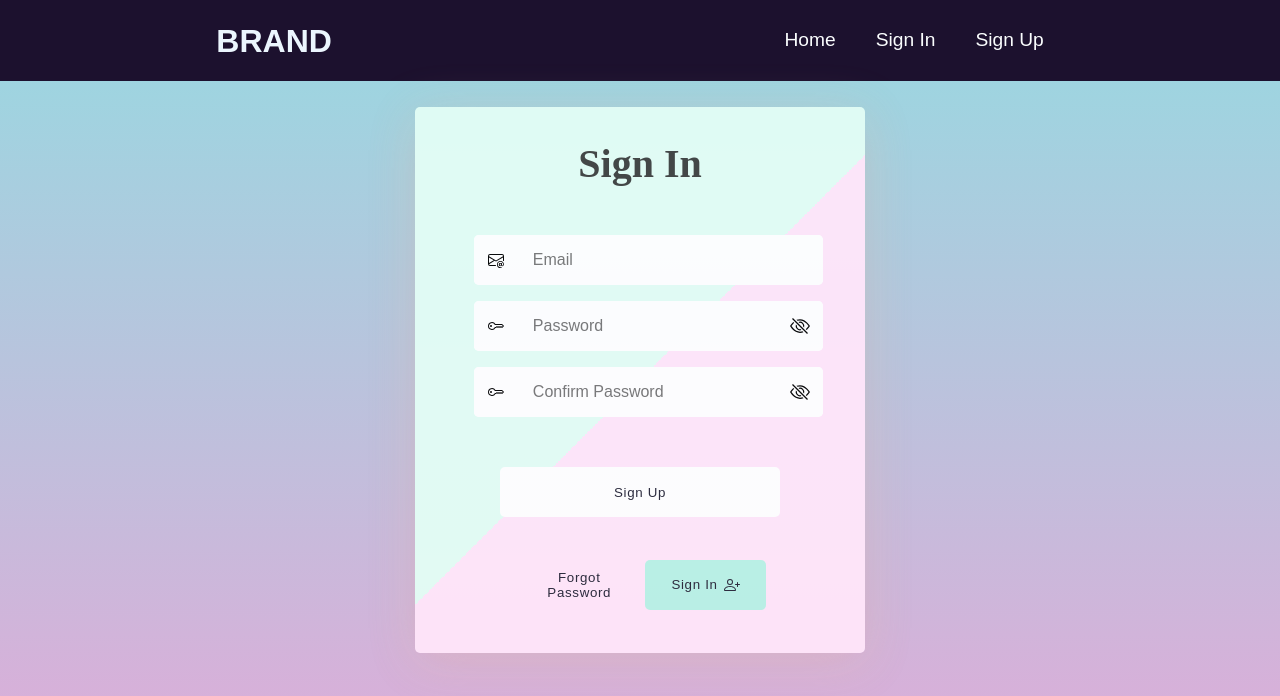
Repository: code-mtaani/ojwang-frontend
Page: /signin
An editor plug-in stored every save of this project. The page is shown before and after the next save, followed by the edit.
The browser window is 1280 px wide. The pictures show the whole page.
The project was rebuilt for these pictures with package versions that can differ from the ones it lists, and the page was loaded fresh each time. Also part of the build but not shown: vite.config.ts, src/Pages/HomePage/Home.pages.tsx, src/Pages/SignUp/SignUp.pages.tsx.

Above is the page before, as saved 2023-02-01 14:06:46.

After the next save:
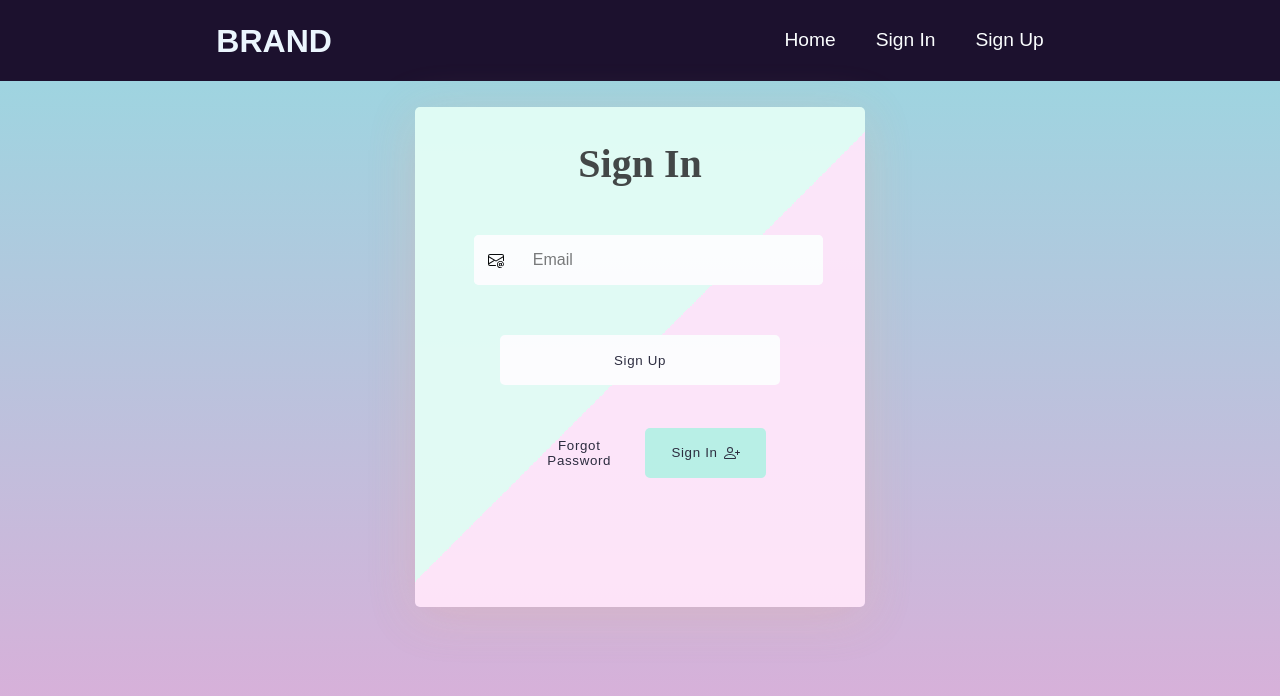
Saved 24 s later.
--- a/src/Pages/SignIn/SignIn.pages.tsx
+++ b/src/Pages/SignIn/SignIn.pages.tsx
@@ -33,70 +33,7 @@
               <input type="email" name="email" placeholder="Email" />
               <div className="show"></div>
             </div>
-            <div className="test">
-              <div className="key">
-                <svg
-                  xmlns="http://www.w3.org/2000/svg"
-                  width="16"
-                  height="16"
-                  fill="currentColor"
-                  className="bi bi-key"
-                  viewBox="0 0 16 16"
-                >
-                  <path d="M0 8a4 4 0 0 1 7.465-2H14a.5.5 0 0 1 .354.146l1.5 1.5a.5.5 0 0 1 0 .708l-1.5 1.5a.5.5 0 0 1-.708 0L13 9.207l-.646.647a.5.5 0 0 1-.708 0L11 9.207l-.646.647a.5.5 0 0 1-.708 0L9 9.207l-.646.647A.5.5 0 0 1 8 10h-.535A4 4 0 0 1 0 8zm4-3a3 3 0 1 0 2.712 4.285A.5.5 0 0 1 7.163 9h.63l.853-.854a.5.5 0 0 1 .708 0l.646.647.646-.647a.5.5 0 0 1 .708 0l.646.647.646-.647a.5.5 0 0 1 .708 0l.646.647.793-.793-1-1h-6.63a.5.5 0 0 1-.451-.285A3 3 0 0 0 4 5z" />
-                  <path d="M4 8a1 1 0 1 1-2 0 1 1 0 0 1 2 0z" />
-                </svg>
-              </div>
-              <input type="password" name="pasword" placeholder="Password" />
-              <div className="show">
-                <svg
-                  xmlns="http://www.w3.org/2000/svg"
-                  width="20"
-                  height="20"
-                  fill="currentColor"
-                  className="bi bi-eye-slash"
-                  viewBox="0 0 16 16"
-                >
-                  <path d="M13.359 11.238C15.06 9.72 16 8 16 8s-3-5.5-8-5.5a7.028 7.028 0 0 0-2.79.588l.77.771A5.944 5.944 0 0 1 8 3.5c2.12 0 3.879 1.168 5.168 2.457A13.134 13.134 0 0 1 14.828 8c-.058.087-.122.183-.195.288-.335.48-.83 1.12-1.465 1.755-.165.165-.337.328-.517.486l.708.709z" />
-                  <path d="M11.297 9.176a3.5 3.5 0 0 0-4.474-4.474l.823.823a2.5 2.5 0 0 1 2.829 2.829l.822.822zm-2.943 1.299.822.822a3.5 3.5 0 0 1-4.474-4.474l.823.823a2.5 2.5 0 0 0 2.829 2.829z" />
-                  <path d="M3.35 5.47c-.18.16-.353.322-.518.487A13.134 13.134 0 0 0 1.172 8l.195.288c.335.48.83 1.12 1.465 1.755C4.121 11.332 5.881 12.5 8 12.5c.716 0 1.39-.133 2.02-.36l.77.772A7.029 7.029 0 0 1 8 13.5C3 13.5 0 8 0 8s.939-1.721 2.641-3.238l.708.709zm10.296 8.884-12-12 .708-.708 12 12-.708.708z" />
-                </svg>
-              </div>
-            </div>
-            <div className="test">
-              <div className="key">
-                <svg
-                  xmlns="http://www.w3.org/2000/svg"
-                  width="16"
-                  height="16"
-                  fill="currentColor"
-                  className="bi bi-key"
-                  viewBox="0 0 16 16"
-                >
-                  <path d="M0 8a4 4 0 0 1 7.465-2H14a.5.5 0 0 1 .354.146l1.5 1.5a.5.5 0 0 1 0 .708l-1.5 1.5a.5.5 0 0 1-.708 0L13 9.207l-.646.647a.5.5 0 0 1-.708 0L11 9.207l-.646.647a.5.5 0 0 1-.708 0L9 9.207l-.646.647A.5.5 0 0 1 8 10h-.535A4 4 0 0 1 0 8zm4-3a3 3 0 1 0 2.712 4.285A.5.5 0 0 1 7.163 9h.63l.853-.854a.5.5 0 0 1 .708 0l.646.647.646-.647a.5.5 0 0 1 .708 0l.646.647.646-.647a.5.5 0 0 1 .708 0l.646.647.793-.793-1-1h-6.63a.5.5 0 0 1-.451-.285A3 3 0 0 0 4 5z" />
-                  <path d="M4 8a1 1 0 1 1-2 0 1 1 0 0 1 2 0z" />
-                </svg>
-              </div>
-              <input
-                type="password"
-                name="confirmPassword"
-                placeholder="Confirm Password"
-              />
-              <div className="show">
-                <svg
-                  xmlns="http://www.w3.org/2000/svg"
-                  width="20"
-                  height="20"
-                  fill="currentColor"
-                  className="bi bi-eye-slash"
-                  viewBox="0 0 16 16"
-                >
-                  <path d="M13.359 11.238C15.06 9.72 16 8 16 8s-3-5.5-8-5.5a7.028 7.028 0 0 0-2.79.588l.77.771A5.944 5.944 0 0 1 8 3.5c2.12 0 3.879 1.168 5.168 2.457A13.134 13.134 0 0 1 14.828 8c-.058.087-.122.183-.195.288-.335.48-.83 1.12-1.465 1.755-.165.165-.337.328-.517.486l.708.709z" />
-                  <path d="M11.297 9.176a3.5 3.5 0 0 0-4.474-4.474l.823.823a2.5 2.5 0 0 1 2.829 2.829l.822.822zm-2.943 1.299.822.822a3.5 3.5 0 0 1-4.474-4.474l.823.823a2.5 2.5 0 0 0 2.829 2.829z" />
-                  <path d="M3.35 5.47c-.18.16-.353.322-.518.487A13.134 13.134 0 0 0 1.172 8l.195.288c.335.48.83 1.12 1.465 1.755C4.121 11.332 5.881 12.5 8 12.5c.716 0 1.39-.133 2.02-.36l.77.772A7.029 7.029 0 0 1 8 13.5C3 13.5 0 8 0 8s.939-1.721 2.641-3.238l.708.709zm10.296 8.884-12-12 .708-.708 12 12-.708.708z" />
-                </svg>
-              </div>
-            </div>
+
             <br />
             {/*  buttons */}
             {/*button LogIn */}

After the save that followed:
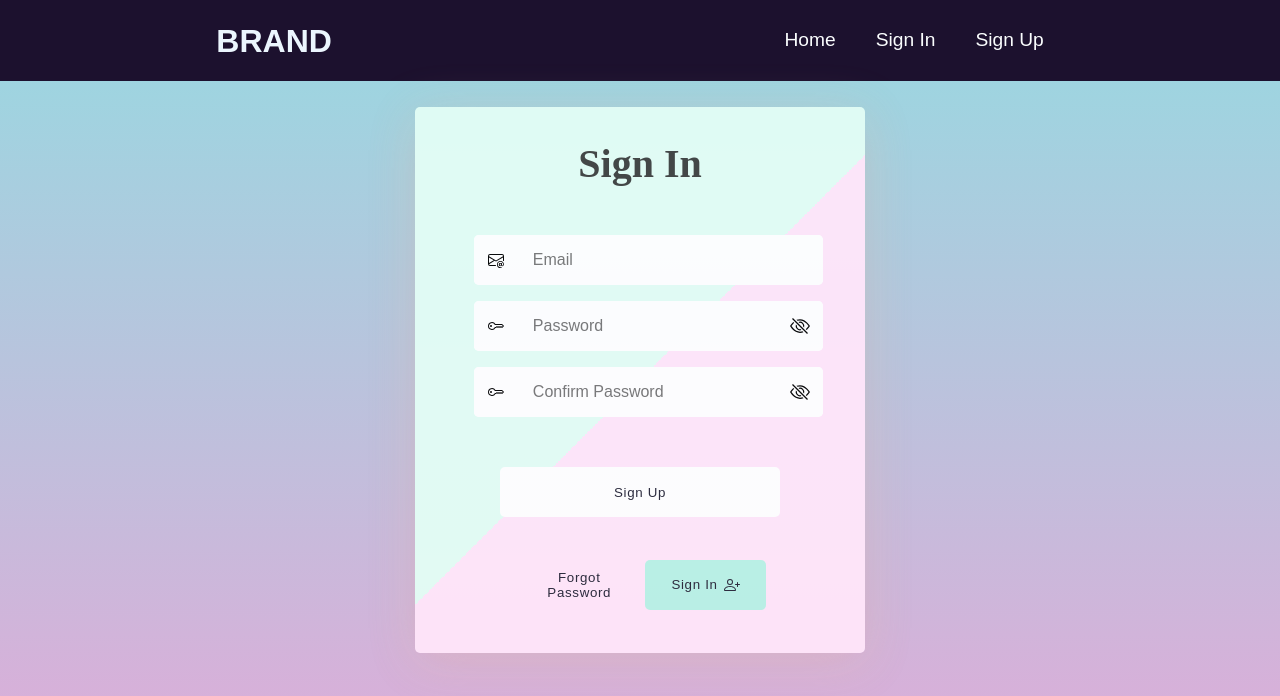
Saved 10 s later.
--- a/src/Pages/SignIn/SignIn.pages.tsx
+++ b/src/Pages/SignIn/SignIn.pages.tsx
@@ -33,7 +33,70 @@
               <input type="email" name="email" placeholder="Email" />
               <div className="show"></div>
             </div>
-
+            <div className="test">
+              <div className="key">
+                <svg
+                  xmlns="http://www.w3.org/2000/svg"
+                  width="16"
+                  height="16"
+                  fill="currentColor"
+                  className="bi bi-key"
+                  viewBox="0 0 16 16"
+                >
+                  <path d="M0 8a4 4 0 0 1 7.465-2H14a.5.5 0 0 1 .354.146l1.5 1.5a.5.5 0 0 1 0 .708l-1.5 1.5a.5.5 0 0 1-.708 0L13 9.207l-.646.647a.5.5 0 0 1-.708 0L11 9.207l-.646.647a.5.5 0 0 1-.708 0L9 9.207l-.646.647A.5.5 0 0 1 8 10h-.535A4 4 0 0 1 0 8zm4-3a3 3 0 1 0 2.712 4.285A.5.5 0 0 1 7.163 9h.63l.853-.854a.5.5 0 0 1 .708 0l.646.647.646-.647a.5.5 0 0 1 .708 0l.646.647.646-.647a.5.5 0 0 1 .708 0l.646.647.793-.793-1-1h-6.63a.5.5 0 0 1-.451-.285A3 3 0 0 0 4 5z" />
+                  <path d="M4 8a1 1 0 1 1-2 0 1 1 0 0 1 2 0z" />
+                </svg>
+              </div>
+              <input type="password" name="pasword" placeholder="Password" />
+              <div className="show">
+                <svg
+                  xmlns="http://www.w3.org/2000/svg"
+                  width="20"
+                  height="20"
+                  fill="currentColor"
+                  className="bi bi-eye-slash"
+                  viewBox="0 0 16 16"
+                >
+                  <path d="M13.359 11.238C15.06 9.72 16 8 16 8s-3-5.5-8-5.5a7.028 7.028 0 0 0-2.79.588l.77.771A5.944 5.944 0 0 1 8 3.5c2.12 0 3.879 1.168 5.168 2.457A13.134 13.134 0 0 1 14.828 8c-.058.087-.122.183-.195.288-.335.48-.83 1.12-1.465 1.755-.165.165-.337.328-.517.486l.708.709z" />
+                  <path d="M11.297 9.176a3.5 3.5 0 0 0-4.474-4.474l.823.823a2.5 2.5 0 0 1 2.829 2.829l.822.822zm-2.943 1.299.822.822a3.5 3.5 0 0 1-4.474-4.474l.823.823a2.5 2.5 0 0 0 2.829 2.829z" />
+                  <path d="M3.35 5.47c-.18.16-.353.322-.518.487A13.134 13.134 0 0 0 1.172 8l.195.288c.335.48.83 1.12 1.465 1.755C4.121 11.332 5.881 12.5 8 12.5c.716 0 1.39-.133 2.02-.36l.77.772A7.029 7.029 0 0 1 8 13.5C3 13.5 0 8 0 8s.939-1.721 2.641-3.238l.708.709zm10.296 8.884-12-12 .708-.708 12 12-.708.708z" />
+                </svg>
+              </div>
+            </div>
+            <div className="test">
+              <div className="key">
+                <svg
+                  xmlns="http://www.w3.org/2000/svg"
+                  width="16"
+                  height="16"
+                  fill="currentColor"
+                  className="bi bi-key"
+                  viewBox="0 0 16 16"
+                >
+                  <path d="M0 8a4 4 0 0 1 7.465-2H14a.5.5 0 0 1 .354.146l1.5 1.5a.5.5 0 0 1 0 .708l-1.5 1.5a.5.5 0 0 1-.708 0L13 9.207l-.646.647a.5.5 0 0 1-.708 0L11 9.207l-.646.647a.5.5 0 0 1-.708 0L9 9.207l-.646.647A.5.5 0 0 1 8 10h-.535A4 4 0 0 1 0 8zm4-3a3 3 0 1 0 2.712 4.285A.5.5 0 0 1 7.163 9h.63l.853-.854a.5.5 0 0 1 .708 0l.646.647.646-.647a.5.5 0 0 1 .708 0l.646.647.646-.647a.5.5 0 0 1 .708 0l.646.647.793-.793-1-1h-6.63a.5.5 0 0 1-.451-.285A3 3 0 0 0 4 5z" />
+                  <path d="M4 8a1 1 0 1 1-2 0 1 1 0 0 1 2 0z" />
+                </svg>
+              </div>
+              <input
+                type="password"
+                name="confirmPassword"
+                placeholder="Confirm Password"
+              />
+              <div className="show">
+                <svg
+                  xmlns="http://www.w3.org/2000/svg"
+                  width="20"
+                  height="20"
+                  fill="currentColor"
+                  className="bi bi-eye-slash"
+                  viewBox="0 0 16 16"
+                >
+                  <path d="M13.359 11.238C15.06 9.72 16 8 16 8s-3-5.5-8-5.5a7.028 7.028 0 0 0-2.79.588l.77.771A5.944 5.944 0 0 1 8 3.5c2.12 0 3.879 1.168 5.168 2.457A13.134 13.134 0 0 1 14.828 8c-.058.087-.122.183-.195.288-.335.48-.83 1.12-1.465 1.755-.165.165-.337.328-.517.486l.708.709z" />
+                  <path d="M11.297 9.176a3.5 3.5 0 0 0-4.474-4.474l.823.823a2.5 2.5 0 0 1 2.829 2.829l.822.822zm-2.943 1.299.822.822a3.5 3.5 0 0 1-4.474-4.474l.823.823a2.5 2.5 0 0 0 2.829 2.829z" />
+                  <path d="M3.35 5.47c-.18.16-.353.322-.518.487A13.134 13.134 0 0 0 1.172 8l.195.288c.335.48.83 1.12 1.465 1.755C4.121 11.332 5.881 12.5 8 12.5c.716 0 1.39-.133 2.02-.36l.77.772A7.029 7.029 0 0 1 8 13.5C3 13.5 0 8 0 8s.939-1.721 2.641-3.238l.708.709zm10.296 8.884-12-12 .708-.708 12 12-.708.708z" />
+                </svg>
+              </div>
+            </div>
             <br />
             {/*  buttons */}
             {/*button LogIn */}
